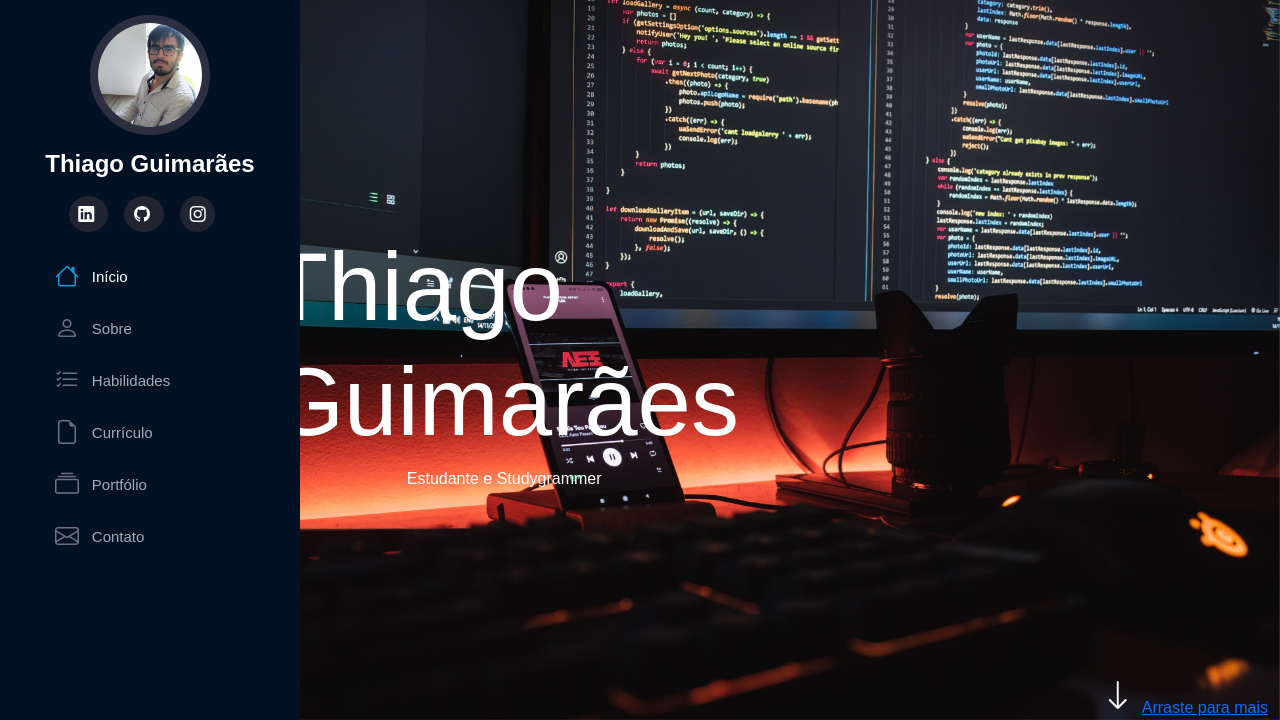
Repository: Rayago/projeto-portfolio
Page: http://localhost/
These files come from the project's save history. The page is drawn as it stood at one moment and after the next save; the edit follows.
The browser window is 1280 px wide. The pictures show the whole page.
Some web fonts or font styles are not loaded; a fallback is used. The page is served by the project's application, run on Flask 3 (app.py).

Above is the page before, as saved 2022-07-12 17:28:11.

### templates/index.html
<!DOCTYPE html>
<html lang="pt-br">
<head>
    <meta charset="UTF-8">
    <meta http-equiv="X-UA-Compatible" content="IE=edge">
    <meta name="viewport" content="width=device-width, initial-scale=1.0">
    <link rel="stylesheet" href="../static/bootstrap/css/bootstrap.css">
    <link rel="stylesheet" href="../static/style.css">
    <link rel="icon" type="image/png" href="../static/img">
    <link rel="stylesheet" href="https://cdn.jsdelivr.net/npm/bootstrap-icons@1.8.3/font/bootstrap-icons.css">
    <title>Thiago Guimarães</title>
</head>
<body>

    <aside id="header">
        <section class="profile">
            <img src="../static/img/meu_perfil.jpg" alt="Foto Perfil"/>
            <h1>Thiago Guimarães</h1>
            <div class="social-links mt-4 text-center">
                <a target="_blank" href="https://www.linkedin.com/in/raymundo-thiago">
                    <i class="bi bi-linkedin"></i>
                </a>
                <a target="_blank" href="https://www.github.com/Rayago">
                    <i class="bi bi-github"></i>
                </a>
                <a target="_blank" href="https://www.instagram.com/estudatech">
                    <i class="bi bi-instagram"></i>
                </a>
            </div>
        </section>

        <nav id="navbar" class="nav-menu">
            <ul class="nav flex-column">
                <li class="nav-item">
                  <a class="nav-link active" aria-current="page" href="#"><i class="bi bi-house" aria-hidden="true"></i> Início</a>
                </li>
                <li class="nav-item">
                  <a class="nav-link" href="#"><i class="bi bi-person" aria-hidden="true"></i> Sobre</a>
                </li>
                <li class="nav-item">
                  <a class="nav-link" href="#"><i class="bi bi-list-check" aria-hidden="true"></i> Habilidades</a>
                </li>
                <li class="nav-item">
                    <a class="nav-link" aria-current="page" href="#"><i class="bi bi-file-earmark" aria-hidden="true"></i> Currículo</a>
                </li>
                <li class="nav-item">
                    <a class="nav-link" href="#"><i class="bi bi-collection" aria-hidden="true"></i> Portfólio</a>
                </li>
                <li class="nav-item">
                    <a class="nav-link" href="#"><i class="bi bi-envelope" aria-hidden="true"></i> Contato</a>
                </li>
              </ul>
        </nav>

    </aside>

    <main id="main">

        <section id="inicio" class="row m-0 p-0">
            <div class="col-md-5 d-flex justify-content-center align-items-center flex-column">
                <h2 class="text-white text-shadow">Thiago Guimarães</h2>
                <span id="subtitle" class="text-white text-shadow">Estudante e Studygrammer</span>
            </div>

            <div class="col-md-7 d-flex justify-content-end align-items-end">
                <i class="bi bi-arrow-down text-white pe-2 fs-2" aria-hidden="true"></i>
                <a href="">Arraste para mais</a>
            </div>
        </section>

    </main>

    <script src="../static/bootstrap/js/bootstrap.bundle.min.js"></script>
    <script src="../static/script.js"></script>
</body>
</html>

### app.py
from flask import Flask, render_template, redirect

app = Flask(__name__)

@app.route('/')
def index():
    return render_template('index.html')

if __name__ == '__main__':
    app.run(debug=True)

### static/style.css
@import url('https://fonts.googleapis.com/css2?family=Ubuntu:ital,wght@0,300;0,400;0,500;0,700;1,300;1,400;1,500;1,700&display=swap');

html, body {
    font-family: Ubuntu, Arial;
    width: 100%;
    height: 100%;
}

#header {
    position: fixed;
    top: 0;
    left: 0;
    bottom: 0;
    background: #021124;
    overflow-y: auto;
    width: 300px;
    transition: all ease-in-out 0.5s;
    padding: 0 15px;
    z-index: 9997;
}

#header .profile img {
    margin: 15px auto;
    display: block;
    width: 120px;
    border: 8px solid #2c2f3f;
    border-radius: 50%;
}

#header .profile h1 {
    font-size: 24px;
    margin: 0;
    padding: 0;
    font-weight: 600;
    text-align: center;
    color: white;
}

#header .profile .social-links a {
    font-size: 1rem;
    background: #212431;
    color: #fff;
    padding: 0.6rem;
    margin-right: 1rem;
    border-radius: 50%;
    transition: 0.3s;
    text-decoration: none;
}

#header .profile .social-links a:hover {
    background: #149ddd;
}

.nav-menu {
    padding: 1.5rem;
}

.nav-menu a,
.nav-menu a:focus {
    display: flex;
    align-items: center;
    color: #a8a9b4;
    transition: 0.3s;
    font-size: 15px;
}

.nav-menu a i,
.nav-menu a:focus i {
    font-size: 24px;
    padding-right: 0.8rem;
    color: #6f7180;
}

.nav-menu a:hover,
.nav-menu .active,
.nav-menu .active:focus,
.nav-menu li:hover > a {
    text-decoration: none;
    color: #fff;
}

.nav-menu a:hover i,
.nav-menu .active i,
.nav-menu .active:focus i,
.nav-menu li:hover > a i {
    color: #149ddd;
}

#main{
    margin-left: 300px;
}

section#inicio {
    background-image: url("./img/banner.jpg");
    background-repeat: no-repeat;
    background-size: cover;
    background-attachment: fixed;
    background-position: center;

    width: 100%;
    height: 100vh;
}


section#inicio h2{
    font-size: 6rem;
}

section#inicio span#subtitle{

}

Loaded but not shown: static/bootstrap/css/bootstrap.css (library); static/bootstrap/js/bootstrap.bundle.min.js (library); static/script.js (no stored copy; drawn as an empty file)

After the next save:
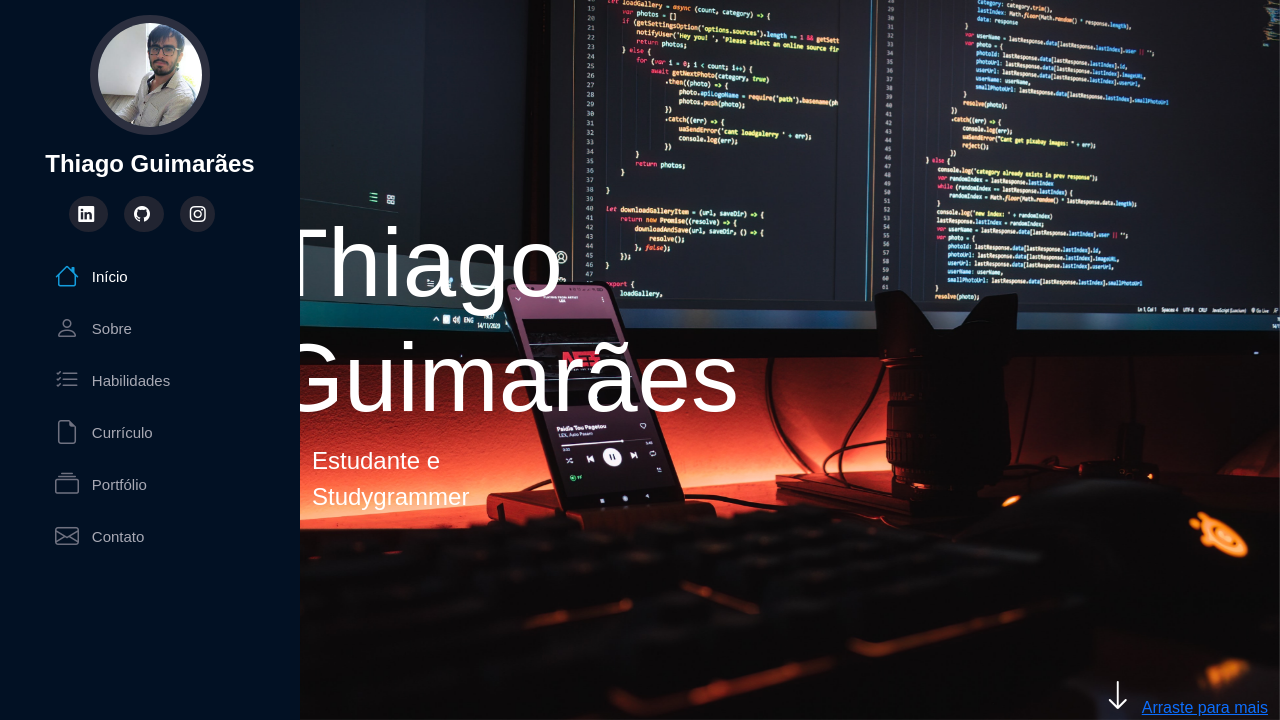
Saved 34 s later.
--- a/static/style.css
+++ b/static/style.css
@@ -107,5 +107,6 @@ section#inicio h2{
 }
 
 section#inicio span#subtitle{
-
+    margin-right: 8rem;
+    font-size: 1.5rem;
 }
